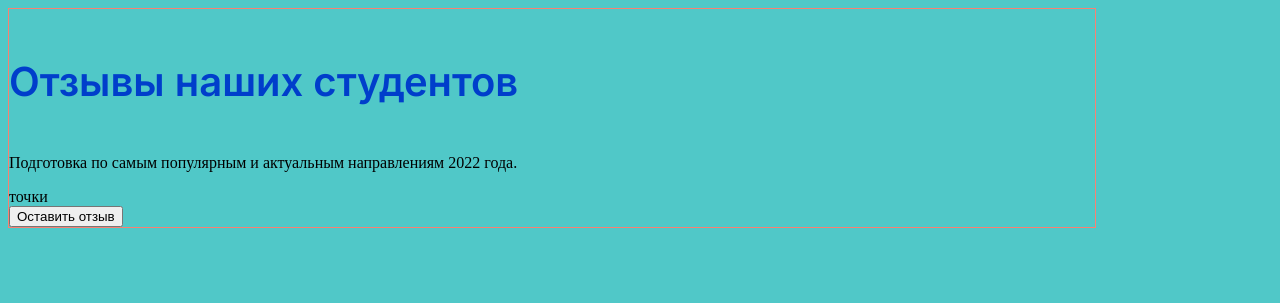
Repository: Malvuna/Studi
Page: index.html
These files come from the project's save history. The page is drawn as it stood at one moment and after a run of saves; the edit follows.
The browser window is 1280 px wide. The pictures show the whole page.

Above is the page before, as saved 2022-07-11 16:06:46.

### index.html

<!DOCTYPE html>
<html lang="en">
  <head>
    <meta charset="UTF-8" />
    <meta http-equiv="X-UA-Compatible" content="IE=edge" />
    <meta name="viewport" content="width=device-width, initial-scale=1.0" />
    <link rel="stylesheet" href="./css/style.css" />
    <link rel="preconnect" href="https://fonts.googleapis.com">
    <link rel="preconnect" href="https://fonts.gstatic.com" crossorigin>
    <link href="https://fonts.googleapis.com/css2?family=Caveat:wght@400;600;700&family=Inter:wght@400;600;700&display=swap" rel="stylesheet">
  <body>
    <header>
    </header>

    <main>
      <div id="container" class="container">

      <p class="h1">Отзывы наших студентов</p>
      <p class="head">Подготовка по самым популярным и актуальным направлениям 2022 года.</p>
      <div></div>
      <div>точки</div>
      <button>Оставить отзыв</button>

    </div>
    </main>


    <footer>

    </footer>

  </body>
  <script type="module" src="./javascript/javascript.js"></script>
</html>

### css/style.css

body{
 background-color: rgb(80, 200, 200);
}

.container {
    width: 1086px;
    border: 1px salmon solid;
    text-align: left;
}

.h1 {
    font-family: 'Inter';
font-style: normal;
font-weight: 600;
font-size: 40px;
line-height: 65px;
color: #003ECB;
}

### javascript/javascript.js


//Общий контейнер
let container = document.querySelector("#container");

After the next 3 saves:
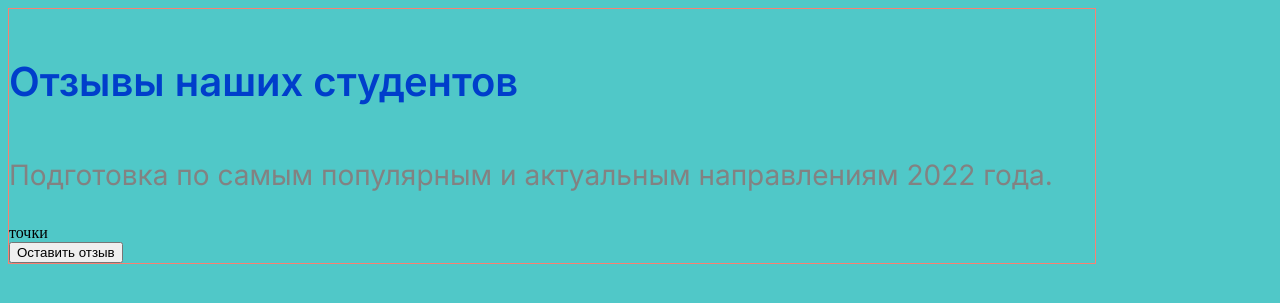
The 3 saves are shown as one change because they came seconds apart.
The last was saved 9 s later.
--- a/css/style.css
+++ b/css/style.css
@@ -17,3 +17,12 @@ font-size: 40px;
 line-height: 65px;
 color: #003ECB;
 }
+
+.head {
+    font-family: 'Inter';
+font-style: normal;
+font-weight: 400;
+font-size: 28px;
+line-height: 42px;
+color: #828282;
+}
